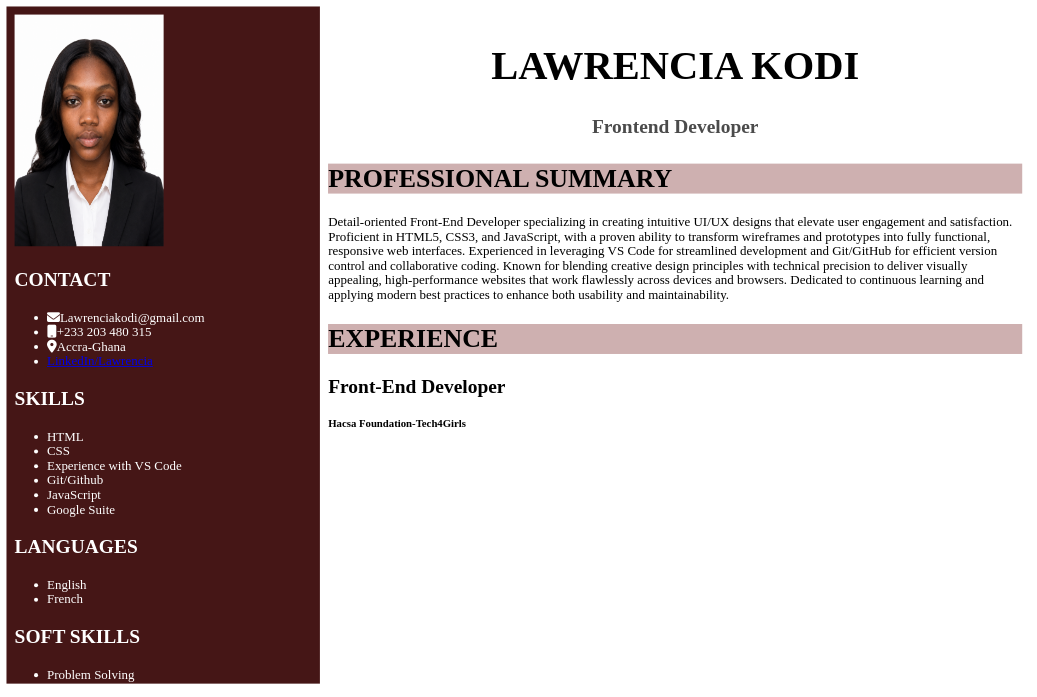
Repository: lawrencia-coder/T4G_CV
Page: index.html
An editor plug-in stored every save of this project. The page is shown before and after a run of saves, followed by the edit.
The browser window is 1280 px wide. The pictures show the whole page, at 81% of full size.
Some icons come from a web library that is not loaded, so they are not drawn. Some web libraries are served in a nearby version.

Above is the page before, as saved 2026-07-14 08:20:11.

After the next 2 saves:
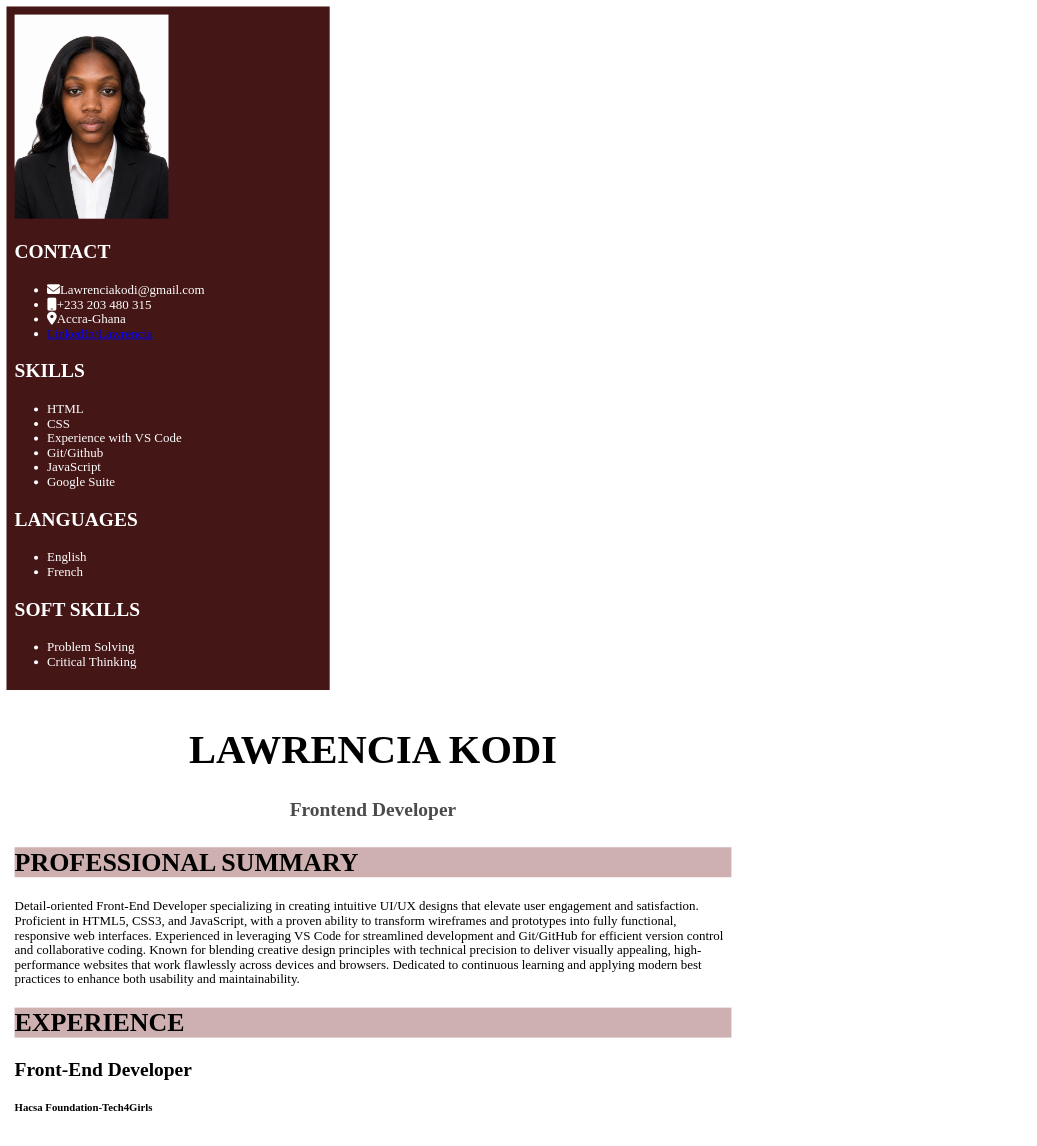
The 2 saves are shown as one change because they came seconds apart.
The last was saved 11 s later.
--- a/style.css
+++ b/style.css
@@ -19,6 +19,7 @@
     font-size: x-large;
 }
 
+h5
 /* styling cv-container */
 .cv-container{
     display: flex;

After the 2 saves that followed:
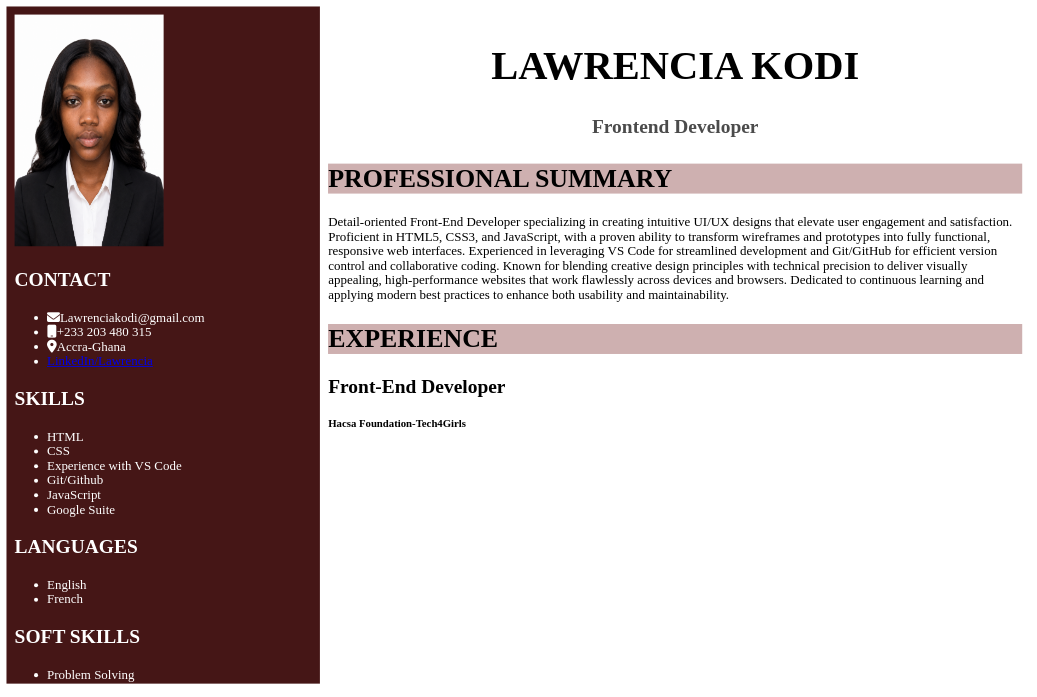
The 2 saves are shown as one change because they came seconds apart.
The last was saved 9 s later.
--- a/style.css
+++ b/style.css
@@ -19,7 +19,10 @@
     font-size: x-large;
 }
 
-h5
+h5{
+
+}
+
 /* styling cv-container */
 .cv-container{
     display: flex;
